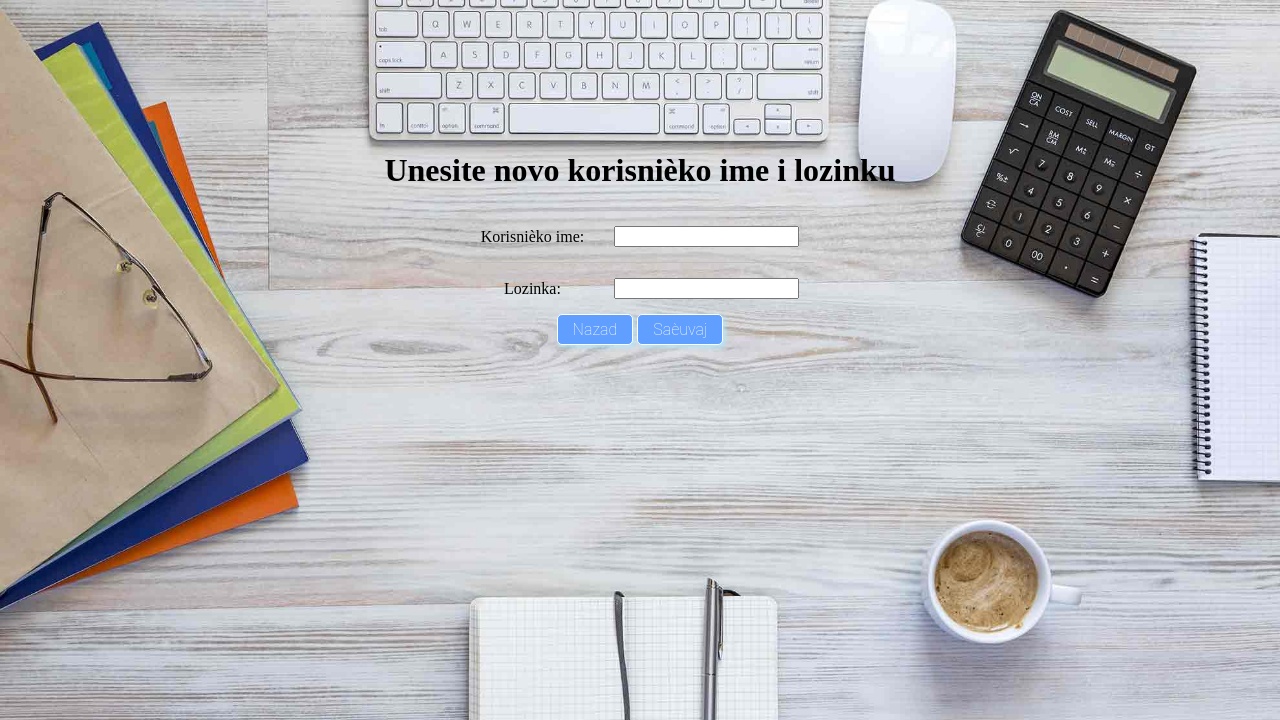
Repository: KristijanPetkovic/java-applet-video-library
Page: Projekti/www.videoteka.com/WebContent/noviKorisnik.html
The author's editor kept a copy of each file at every save. The page is drawn from the files as they stood at one save, then again after the next save.
The browser window is 1280 px wide. The pictures show the whole page.

Above is the page before, as saved 2019-01-10 21:32:32.

### Projekti/www.videoteka.com/WebContent/noviKorisnik.html
<!DOCTYPE html>
<html>
	<head>

		<title>Otvaranje naloga</title>
		<link rel="stylesheet" href="noviKorisnik.css" >
	</head>
	<body>
		<h1 id="naslov">Unesite novo korisnièko ime i lozinku</h1>
		<form action="NoviKorisnikServlet" method="post">
			<table class="center" cellpadding="15px">
				<tr>
					<td>Korisnièko ime: </td>
					<td> <input name="ime" type="text"> </td>
				</tr>
				<tr>
					<td>Lozinka: </td>
					<td> <input name="sifra" type="text"> </td>
				</tr>
			</table>
			<input class="color-change" type="button" onclick="location.href='login.html';" value="Nazad" />
			<input class="color-change" name="saèuvaj" type="submit" value="Saèuvaj">
		</form>
	</body>
</html>

### Projekti/www.videoteka.com/WebContent/noviKorisnik.css
#naslov{
    margin-top:12%;
    }
table.center {
    margin-left:auto;
    margin-right:auto;
    cellpadding:15px;
  }
body {
  background: url(poz.jpg);
  background-repeat:no-repeat;
  background-size:cover;
  text-align:center;
  }
table{
	border-color: rgb(0,0,0);

	border-collapse: collapse;
}
th{
	color: rgb(255, 255, 255);
	background: rgb(0, 0, 0);
	collspan: 2;
}
td{
	border-top: 1pt solid silver;
	padding: 10;
}
ttr:nth-child(odd){
	background: rgb(255, 255, 255);
}
tr:hover{
	background: rgb(96, 158, 255);
}
input:focus{
	background-color: rgb(255, 255, 179);
	border-color: rgb(186, 186, 186);
}
.color-change {
  border-radius: 5px;
  font-size: 20px;
  padding: 5px 15px;
  cursor: pointer;
  color: #fff;
  background-color: rgb(96, 158, 255);
  font-size: 1rem;
  font-family: 'Roboto';
  font-weight: 100;
  border: 1px solid #fff;
  box-shadow: 2px 2px 5px #AFE9FF;
  transition-duration: 0.5s;
  -webkit-transition-duration: 0.5s;
  -moz-transition-duration: 0.5s;
}
.color-change:hover {
  color: #006398;
  border: 1px solid #006398;
  box-shadow: 2px 2px 20px #AFE9FF;
}

button.color-change {
  -webkit-appearance: none;
  -moz-appearance: none;
}

After the next save:
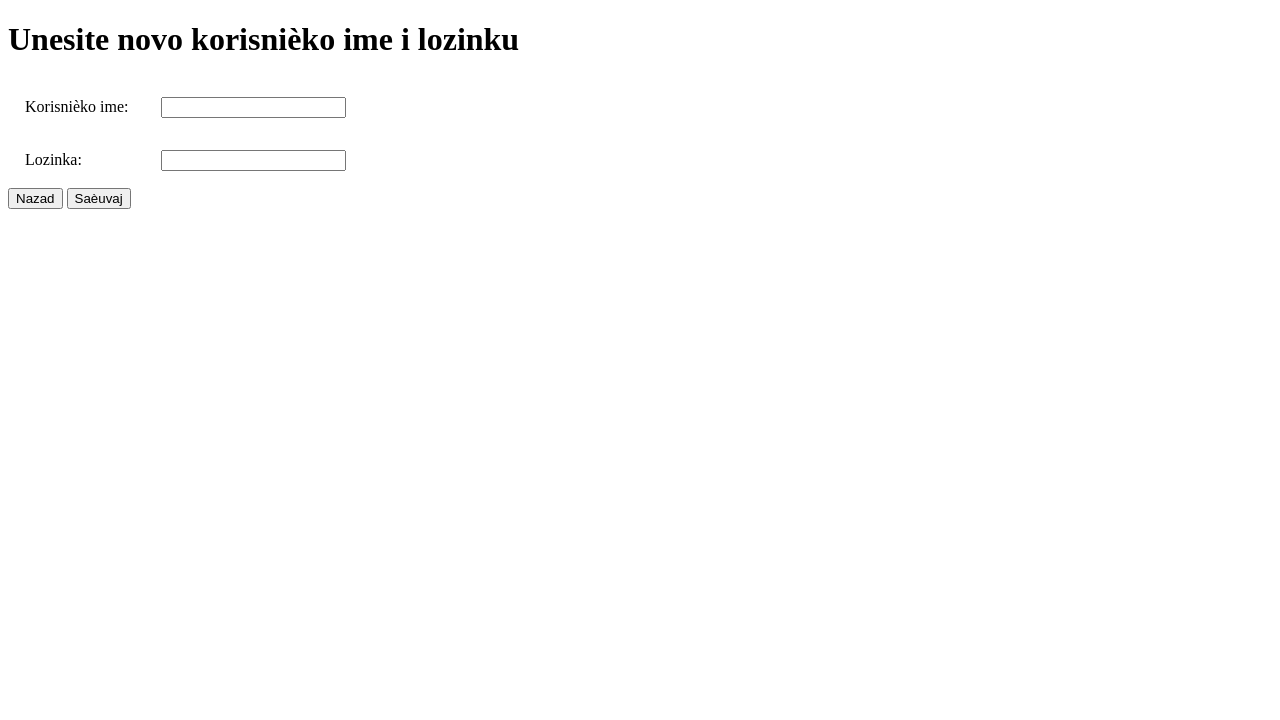
Saved 16 s later.
--- a/Projekti/www.videoteka.com/WebContent/noviKorisnik.html
+++ b/Projekti/www.videoteka.com/WebContent/noviKorisnik.html
@@ -1,7 +1,7 @@
 <!DOCTYPE html>
 <html>
 	<head>
-
+		<meta http-equiv="content-type" content="text/html;>
 		<title>Otvaranje naloga</title>
 		<link rel="stylesheet" href="noviKorisnik.css" >
 	</head>

After the save that followed:
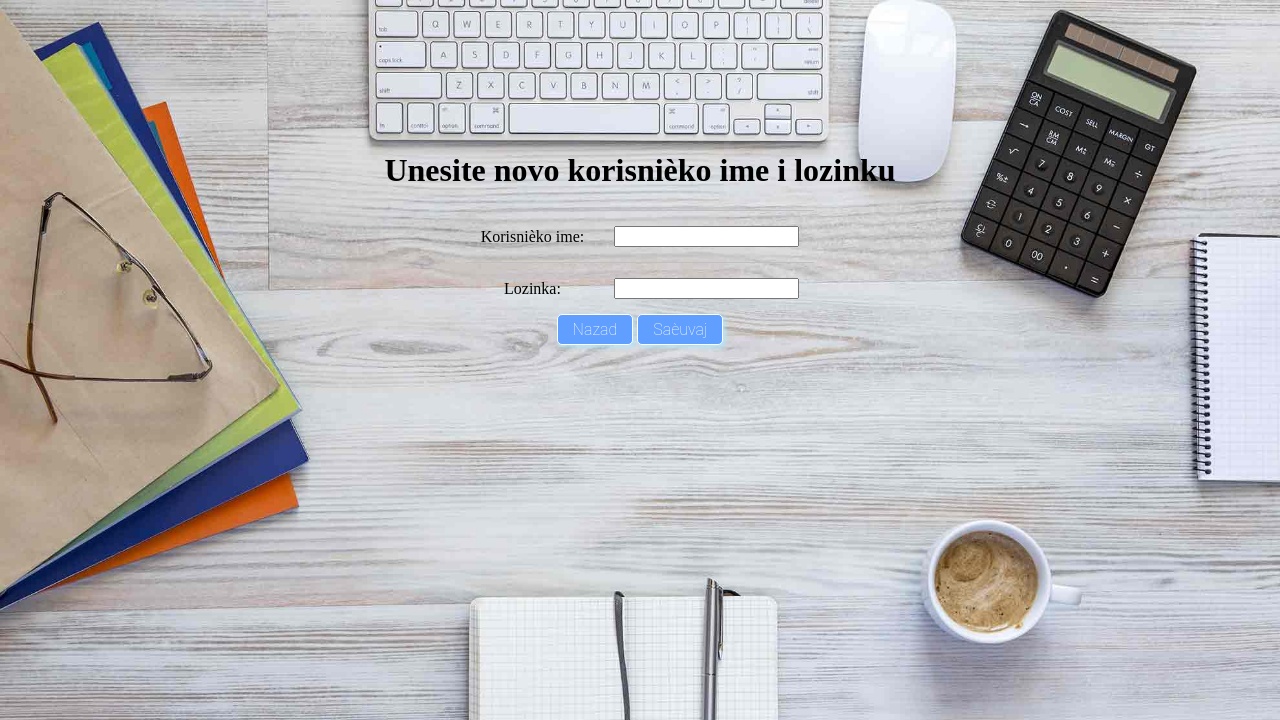
Saved 10 s later.
--- a/Projekti/www.videoteka.com/WebContent/noviKorisnik.html
+++ b/Projekti/www.videoteka.com/WebContent/noviKorisnik.html
@@ -1,7 +1,7 @@
 <!DOCTYPE html>
 <html>
 	<head>
-		<meta http-equiv="content-type" content="text/html;>
+		<meta http-equiv="content-type" content="text/html">
 		<title>Otvaranje naloga</title>
 		<link rel="stylesheet" href="noviKorisnik.css" >
 	</head>
